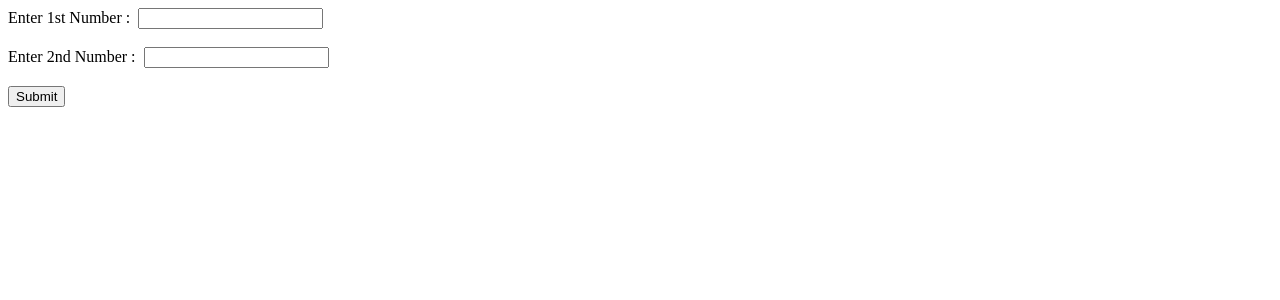
Repository: argho1990/Coursecube-B19
Page: Intro/Lab2A/WebContent/index.html
The author's editor kept a copy of each file at every save. The page is drawn from the files as they stood at one save, then again after the next save.
The browser window is 1280 px wide. The pictures show the whole page.

Above is the page before, as saved 2018-11-28 21:59:46.

### Intro/Lab2A/WebContent/index.html
<!DOCTYPE html>
<html>
<head>
<meta charset="ISO-8859-1">
<title>Insert title here</title>
</head>
<body>
<form action= "add" method="get">
Enter 1st Number :&nbsp; <input type= "text" name ="num1"> <br>
<br>

Enter 2nd Number :&nbsp; <input type= "text" name ="num2"> <br>
<br>
<input type="submit">

</form>
</body>
</html>

After the next save:
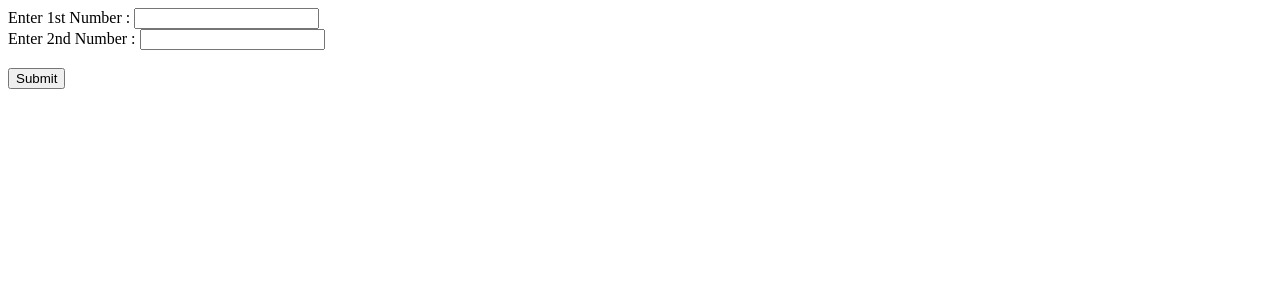
Saved 34 s later.
--- a/Intro/Lab2A/WebContent/index.html
+++ b/Intro/Lab2A/WebContent/index.html
@@ -6,10 +6,8 @@
 </head>
 <body>
 <form action= "add" method="get">
-Enter 1st Number :&nbsp; <input type= "text" name ="num1"> <br>
-<br>
-
-Enter 2nd Number :&nbsp; <input type= "text" name ="num2"> <br>
+Enter 1st Number :&nbsp;<input type= "text" name ="num1"> <br>
+Enter 2nd Number :&nbsp;<input type= "text" name ="num2"> <br>
 <br>
 <input type="submit">
 
